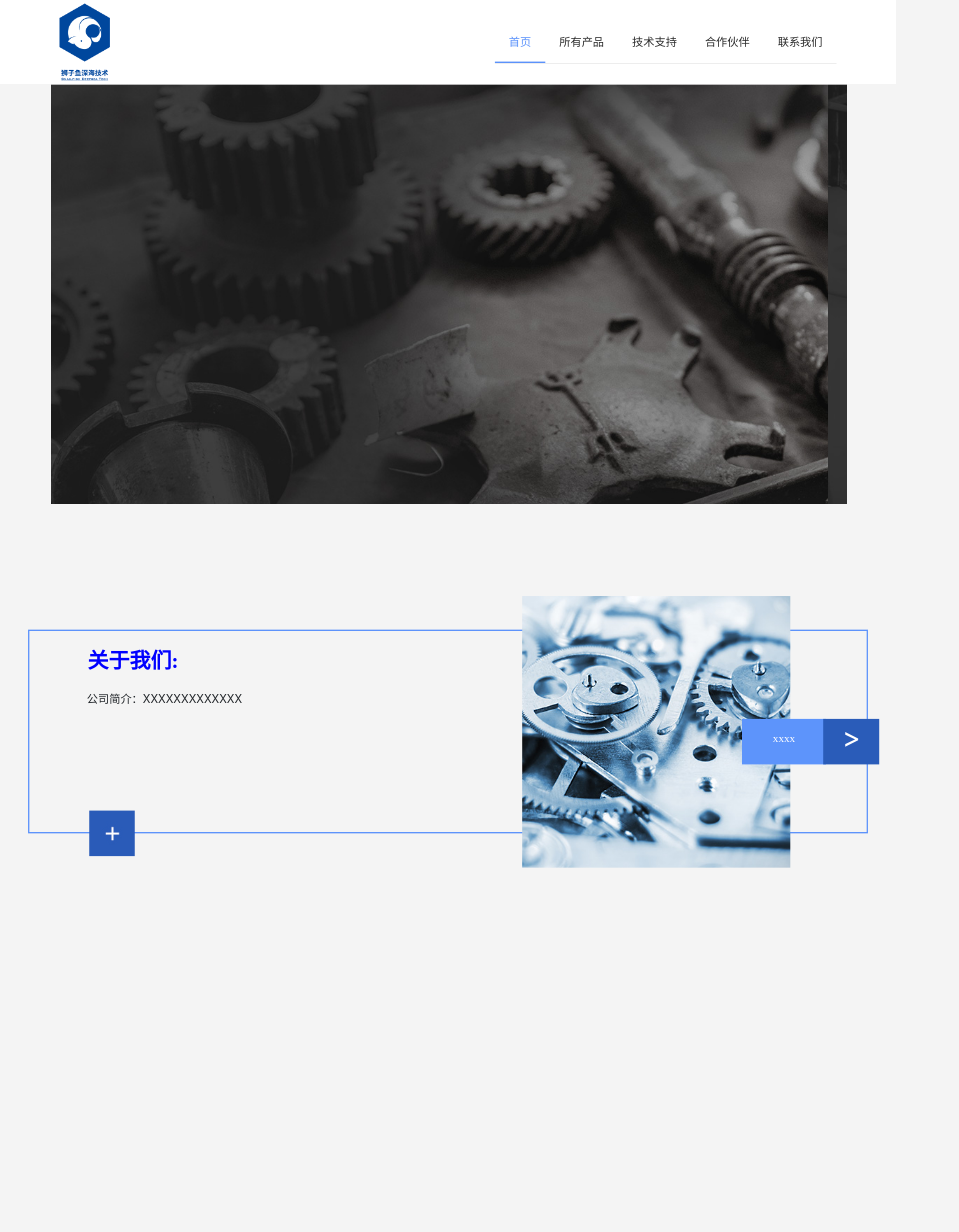
Repository: Noitom/Hadalsnailfish
Page: src/main/resources/static/index.html
These files come from the project's save history. The page is drawn as it stood at one moment and after the next save; the edit follows.
The browser window is 1280 px wide. The page is 1300 px wide, then 1370 px, so the pictures cover 1370 px, including what lies to the right of the window. The pictures show the part of the page from y = 0 to 1760 px (the page is 3458 px tall before and 4193 px after), at 70% of full size.

Above is the page before, as saved 2021-12-14 09:15:34.
Console error: TypeError: Cannot read properties of undefined (reading 'offsetTop')

After the next save:
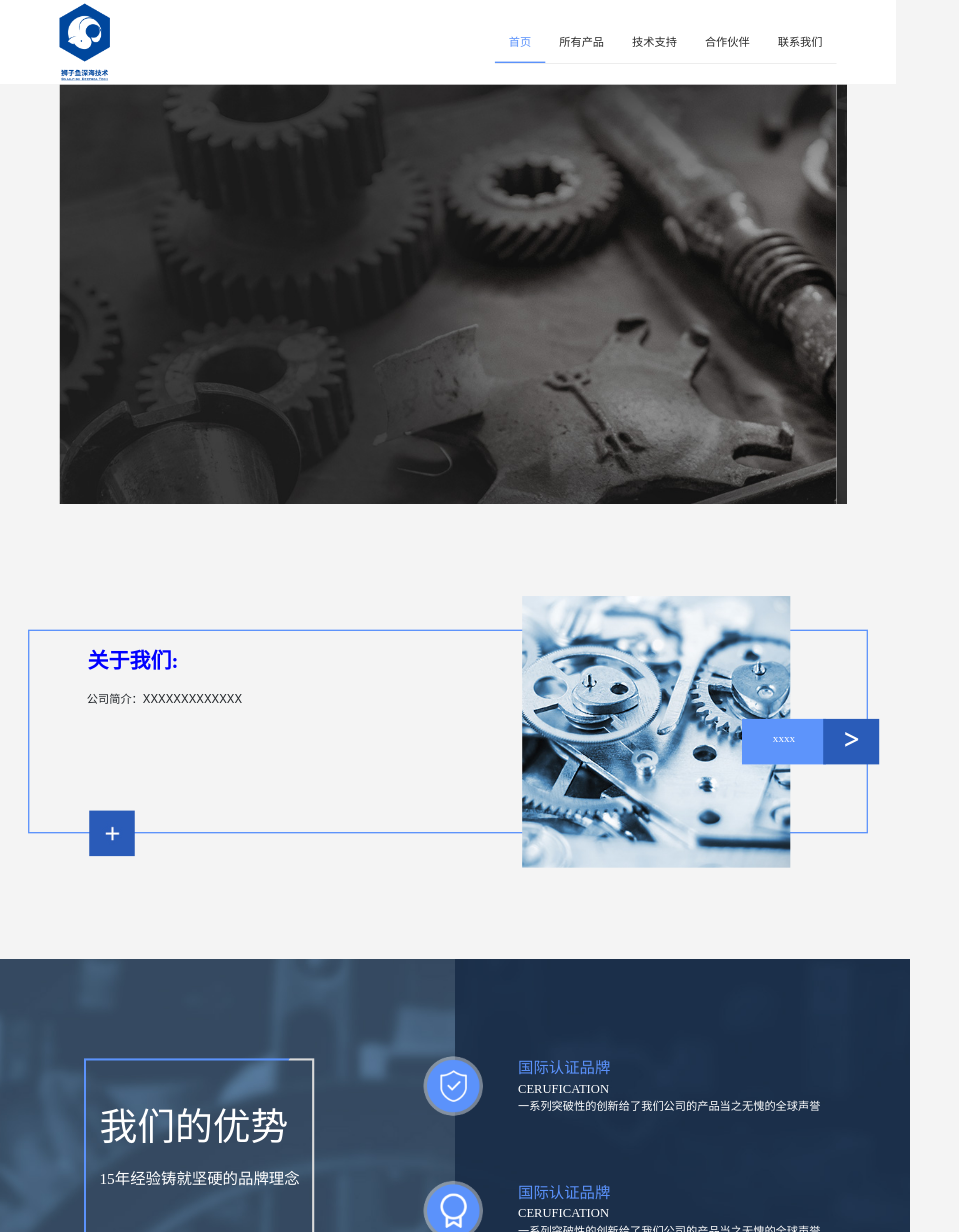
The error is gone.
Saved 35 s later.
--- a/src/main/resources/static/index.html
+++ b/src/main/resources/static/index.html
@@ -143,8 +143,7 @@
 
     <div class="jumbotron-one">
         <transition enter-active-class="animated bounceInRight">
-            <!-- <div class="container-tow" style="background: url(img/border.webp);" ref="part1" v-show="part1flag"> -->
-                <div class="container-tow" style="background: url(img/border.webp);">
+            <div class="container-tow" style="background: url(img/border.webp);" ref="part1" v-show="part1flag">
                 <span class="word">关于我们:</span>
                 <div class="word-1">
                     <span>{{message}}</span></div>
